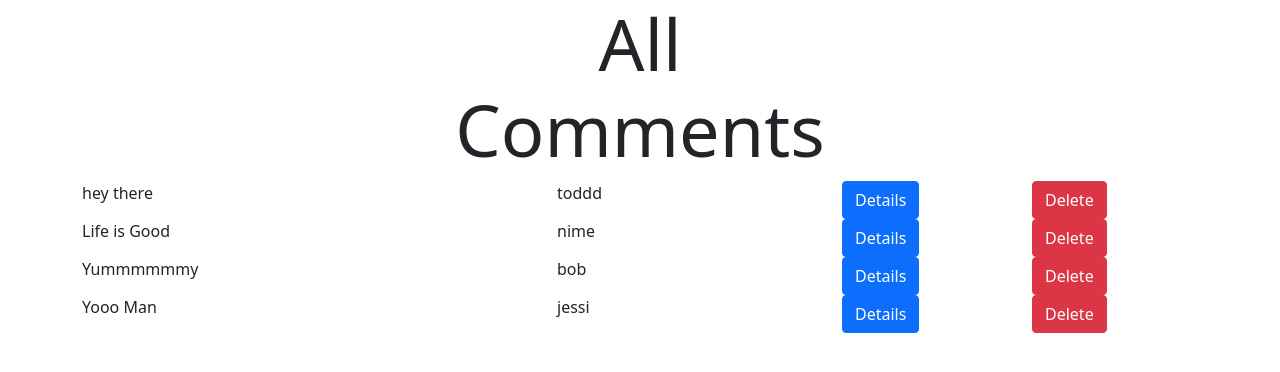
Repository: uditjain100/JavaScript-for-Web
Page: http://localhost/comments
An editor plug-in stored every save of this project. The page is shown before and after the next save, followed by the edit.
The browser window is 1280 px wide. The pictures show the whole page.
The page is served by the project's Node server (17.REST/index.js).

Above is the page before, as saved 2021-01-29 17:28:54.

### 17.REST/views/home.ejs
<!DOCTYPE html>
<html lang="en">
  <head>
    <meta charset="UTF-8" />
    <meta name="viewport" content="width=device-width, initial-scale=1.0" />
    <title>All Comments</title>
    <link
      href="https://cdn.jsdelivr.net/npm/bootstrap@5.0.0-beta1/dist/css/bootstrap.min.css"
      rel="stylesheet"
      integrity="sha384-giJF6kkoqNQ00vy+HMDP7azOuL0xtbfIcaT9wjKHr8RbDVddVHyTfAAsrekwKmP1"
      crossorigin="anonymous"
    />
  </head>
  <body>
    <div class="container">
      <h2 class="display-2 d-grid col-5 mx-auto" style="text-align: center">
        All Comments
      </h2>
      <div class="row">
        <% for(var comment of comments) { %>
        <div class="col-5">
          <span><%= comment.comment %> </span>
        </div>
        <div class="col-3">
          <span><%= comment.username %> </span>
        </div>
        <div class="col-2">
          <button class="btn btn-primary">Details</button>
        </div>
        <div class="col-2">
          <button class="btn btn-danger">Delete</button>
        </div>

        <% } %>
      </div>
    </div>
  </body>
</html>

### 17.REST/index.js
const express = require("express");
const app = express();
const path = require("path");

var comments = [
  { id: 1, username: "toddd", comment: "hey there" },
  { id: 2, username: "nime", comment: "Life is Good" },
  { id: 3, username: "bob", comment: "Yummmmmmy" },
  { id: 4, username: "jessi", comment: "Yooo Man" },
];

app.use(express.urlencoded({ extended: true }));
app.use(express.json());
app.set("views", path.join(__dirname, "views"));
app.set("view engine", "ejs");

app.get("/comments", (req, res) => {
  res.render("home.ejs", { comments });
});

app.get("/tacos", (req, res) => {
  res.send("GET /tacos response");
});

app.post("/tacos", (req, res) => {
  const { author, post } = req.body;
  console.log(req.body);
  res.send("Post : " + post + "  and   author : " + author);
});

app.listen(3000, () => {
  console.log("Server got Started !!");
});

After the next save:
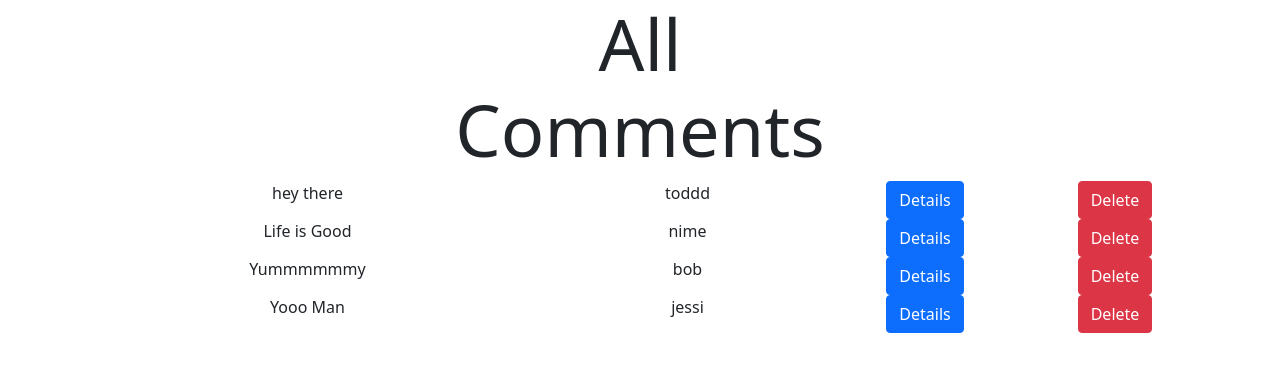
Saved 60 s later.
--- a/17.REST/views/home.ejs
+++ b/17.REST/views/home.ejs
@@ -16,7 +16,7 @@
       <h2 class="display-2 d-grid col-5 mx-auto" style="text-align: center">
         All Comments
       </h2>
-      <div class="row">
+      <div class="row" style="text-align: center">
         <% for(var comment of comments) { %>
         <div class="col-5">
           <span><%= comment.comment %> </span>
